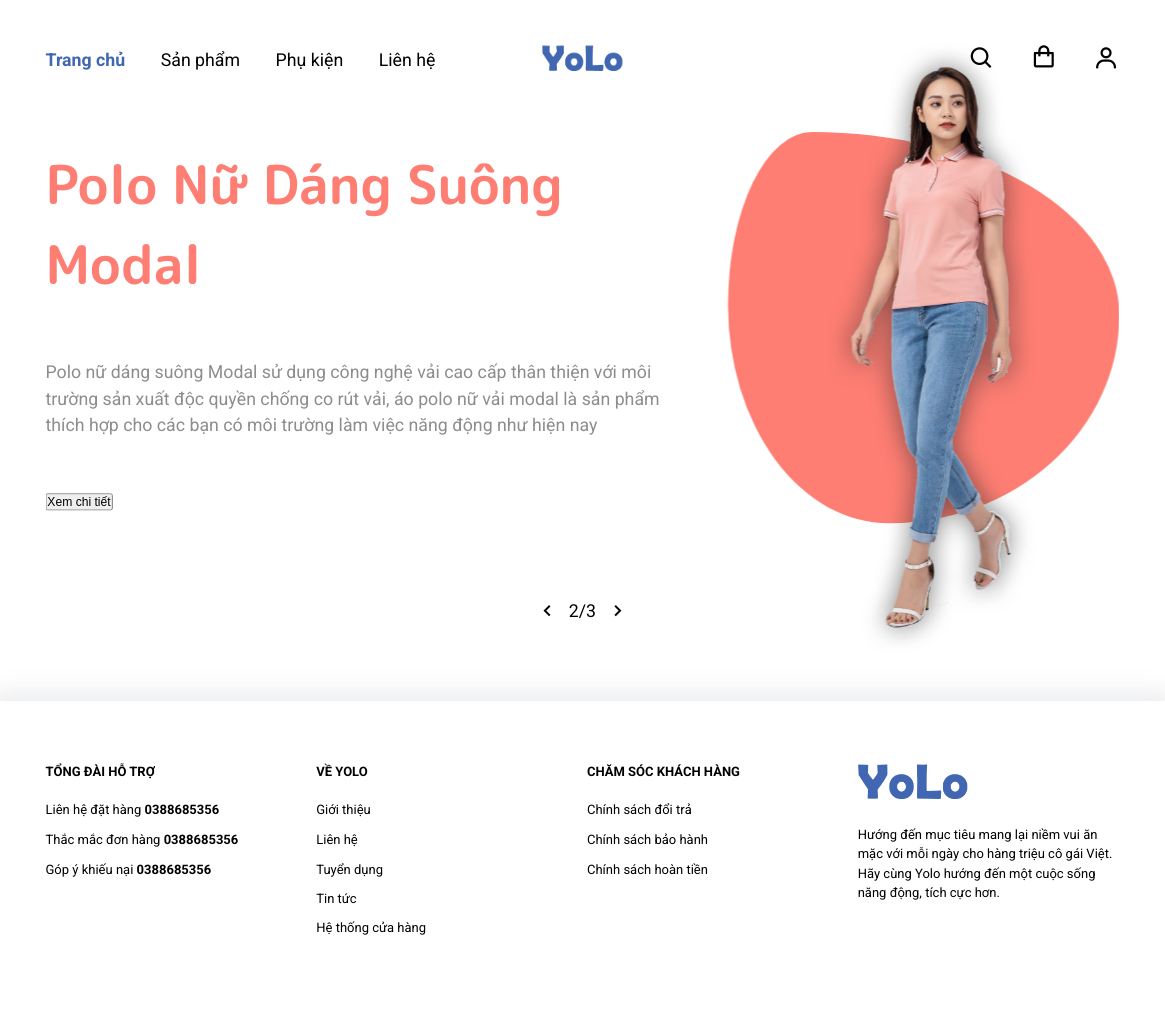
Repository: NguyenThanhBinh1210/Binh-React
Page: / (app in yoloshop/)
The author's editor kept a copy of each file at every save. The page is drawn from the files as they stood at one save, then again after the next save.
The browser window is 1280 px wide. The pictures show the whole page, at 91% of full size.
The project was rebuilt for these pictures with package versions that can differ from the ones it lists, and the page was loaded fresh each time. A package was used in the major version that the imports need, not the one package.json lists. Also part of the build but not shown: yoloshop/src/pages/Product.jsx, yoloshop/src/pages/Catalog.jsx, yoloshop/src/pages/Cart.jsx, yoloshop/src/pages/Accessory.jsx, yoloshop/src/pages/Contact.jsx.

Above is the page before, as saved 2021-11-25 16:15:36.

After the next save:
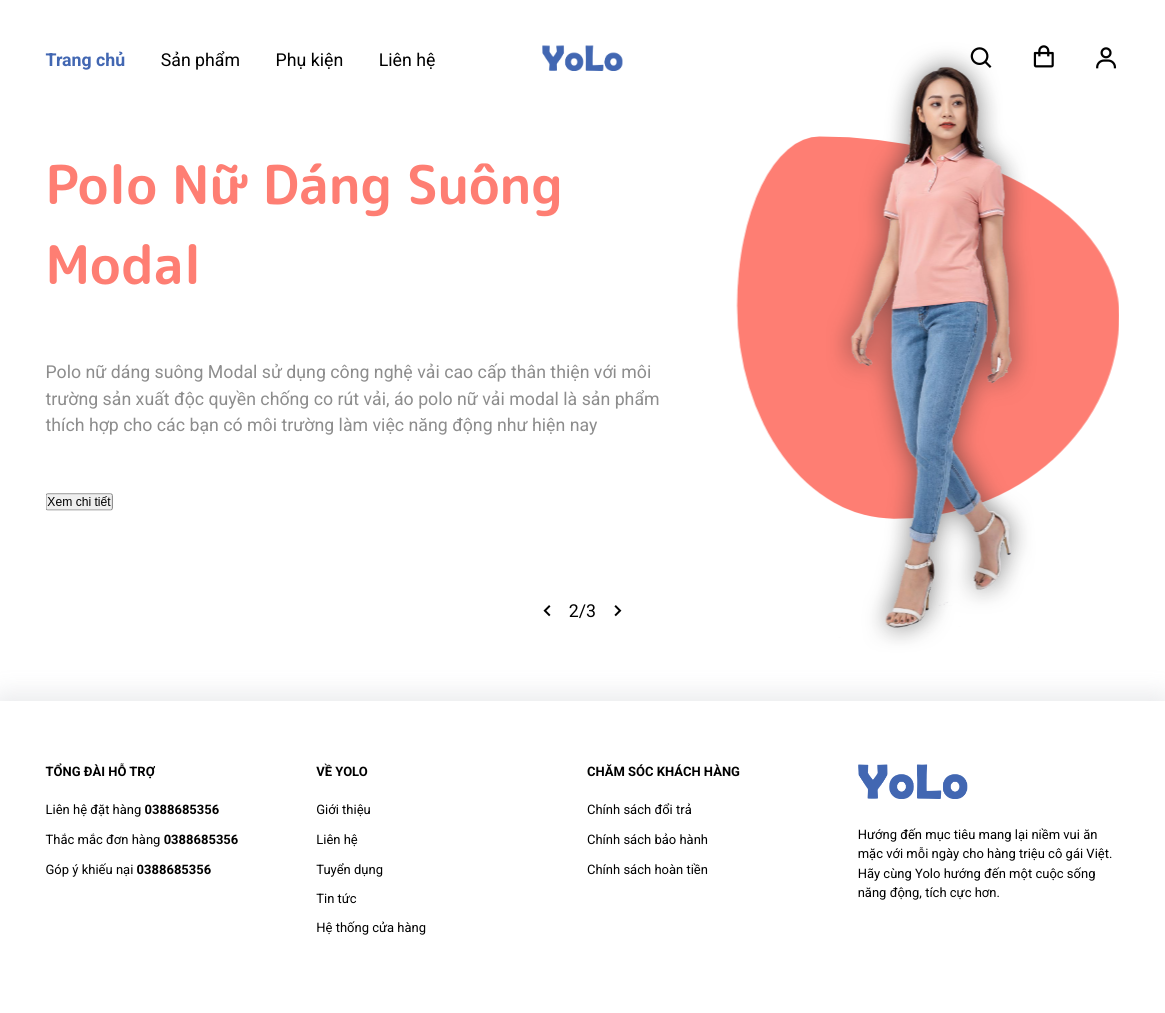
Saved 5 s later.
--- a/yoloshop/src/sass/components/_hero-slider.scss
+++ b/yoloshop/src/sass/components/_hero-slider.scss
@@ -63,7 +63,7 @@
 				left: 10%;
 			}
 			.shape {
-				$size: 430px;
+				$size: 420px;
 				height: $size;
 				width: $size;
 				position: absolute;
